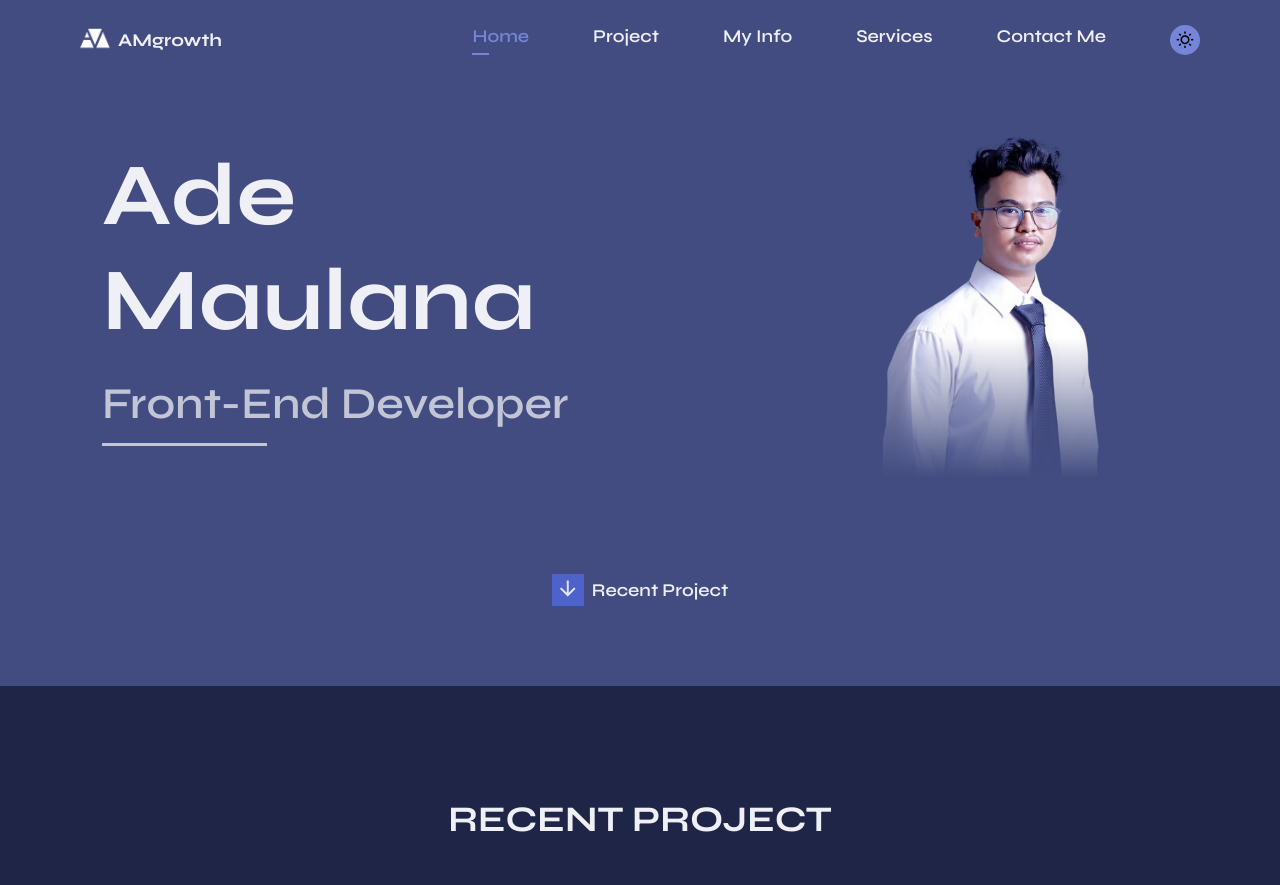
Repository: Ademaulana100499/portofolio
Page: index.html
The author's editor kept a copy of each file at every save. The page is drawn from the files as they stood at one save, then again after the next save.
The browser window is 1280 px wide. The pictures show the part of the page from y = 0 to 885 px (the page is 6336 px tall).
A picture or video elsewhere on the page could not be fetched, so the positions and the page height are approximate. Some web fonts or font styles are not loaded; a fallback is used.

Above is the page before, as saved 2024-12-02 14:42:41.
Console error: SyntaxError: Identifier 'navMenu' has already been declared

### index.html
<!DOCTYPE html>
<html lang="en">
  <head>
    <meta charset="UTF-8" />
    <meta name="viewport" content="width=device-width, initial-scale=1.0" />
    <title>AMgrowth</title>
    <link rel="shortcut icon" href="assets/img/Favicon.png" />
    <link
      href="https://cdn.jsdelivr.net/npm/remixicon/fonts/remixicon.css"
      rel="stylesheet"
    />
    <link rel="stylesheet" href="assets/css/style.css" />
    <script type="text/javascript" src="assets/js/main.js" defer></script>
  </head>
  <body class="">
    <!-- HEADER -->
    <header class="header" id="header">
      <nav class="nav container">
        <a href="#" class="nav__logo">
          <img
            src="assets/img/Logo White.png"
            alt="logo"
            class="nav__logo-img"
          />AMgrowth</a
        >
        <div class="nav__menu" id="nav-menu">
          <ul class="nav__list">
            <li>
              <a href="#home" class="nav__link active-link">Home</a>
            </li>
            <li>
              <a href="#project" class="nav__link">Project</a>
            </li>
            <li>
              <a href="#info" class="nav__link">My Info</a>
            </li>
            <li>
              <a href="#services" class="nav__link">Services</a>
            </li>
            <li>
              <a href="#contact" class="nav__link">Contact Me</a>
            </li>
            <li>
              <button id="theme-switch">
                <i class="ri-sun-line"></i>
                <i class="ri-moon-line"></i>
              </button>
            </li>
          </ul>

          <!-- Close Button -->
          <div class="nav__close" id="nav-close">
            <i class="ri-close-line"></i>
          </div>
        </div>

        <!-- Toggle Button -->
        <div class="nav__toggle" id="nav-toggle">
          <i class="ri-menu-line"></i>
        </div>
      </nav>
    </header>

    <!-- MAIN -->
    <main class="main" id="main">
      <!-- HOME -->
      <section class="home section" id="home">
        <div class="home__container container grid">
          <img src="assets/img/Photo.png" alt="image" class="home__img" />
          <div class="home__data">
            <h1 class="home__name">
              Ade <br />
              Maulana
            </h1>
            <h3 class="home__profession">Front-End Developer</h3>
          </div>
          <a href="#project" class="home__scroll">
            <div class="home__scroll-box">
              <i class="ri-arrow-down-line"></i>
            </div>
            <span class="home__scroll-text">Recent Project</span>
          </a>
        </div>
      </section>
      <!-- PROJECT -->
      <section class="project section" id="project">
        <h2 class="section__title">RECENT PROJECT</h2>
        <div class="project__container container grid">
          <article class="project__card">
            <a href="#" target="_blank" class="project__overlay"></a
            ><a href="#" target="_blank" class="project__link">
              <h2 class="project__title">To-Do List Website</h2>
              <p class="project__description">
                This To-Do List web application features a simple interface and
                dynamic functionality to help users manage their daily tasks
                with ease.
              </p>
              <img
                src="assets/img/to-do-list-web.png"
                alt="image"
                class="project__img"
              />
              <i class="ri-arrow-right-line"> </i>
            </a>
          </article>
          <article class="project__card">
            <a href="#" target="_blank" class="project__overlay"></a
            ><a href="#" target="_blank" class="project__link">
              <h2 class="project__title">Cafe Website</h2>
              <p class="project__description">
                This Cafe website provides an interactive platform for users to
                explore the menu, place orders, and learn more about the cafe’s
                offerings and services.
              </p>
              <img
                src="assets/img/cafe web.jpg"
                alt="image"
                class="project__img"
              />
              <i class="ri-arrow-right-line"> </i>
            </a>
          </article>
          <article class="project__card">
            <a href="#" target="_blank" class="project__overlay"></a
            ><a href="#" target="_blank" class="project__link">
              <h2 class="project__title">Movie Website</h2>
              <p class="project__description">
                This Movie website allows users to browse and discover a variety
                of movies, view details, and explore ratings and reviews.
              </p>
              <img
                src="assets/img/movies web.png"
                alt="image"
                class="project__img"
              />
              <i class="ri-arrow-right-line"> </i>
            </a>
          </article>
          <article class="project__card">
            <a href="#" target="_blank" class="project__overlay"></a
            ><a href="#" target="_blank" class="project__link">
              <h2 class="project__title">Blog Website</h2>
              <p class="project__description">
                This Blog website offers a platform for users to read, share,
                and comment on various articles, fostering a community of
                discussion and knowledge sharing.
              </p>
              <img
                src="assets/img/blog web.jpg"
                alt="image"
                class="project__img"
              />
              <i class="ri-arrow-right-line"> </i>
            </a>
          </article>
          <article class="project__card">
            <a href="#" target="_blank" class="project__overlay"></a
            ><a href="#" target="_blank" class="project__link">
              <h2 class="project__title">Fitness Website</h2>
              <p class="project__description">
                This Fitness website provides users with workout plans,
                nutrition tips, and progress tracking to help them achieve their
                fitness goals.
              </p>
              <img
                src="assets/img/fittnes web.avif"
                alt="image"
                class="project__img"
              />
              <i class="ri-arrow-right-line"> </i>
            </a>
          </article>
        </div>
      </section>
      <!-- INFO -->
      <section class="info section" id="info">
        <h2 class="section__title">MY INFO</h2>
        <div class="info__container container grid">
          <!-- ABOUT -->
          <div class="about grid">
            <div class="about__content">
              <h3 class="info__title">About Me</h3>
              <p class="about__description">
                I am a <strong>Front-End Web Developer</strong> skilled in
                designing and building <strong>responsive</strong>, interactive
                web interfaces using <strong>HTML</strong>,
                <strong>CSS</strong>, and <strong>JavaScript</strong>. With
                experience in <strong>React.js</strong>, I focus on creating
                visually appealing and functional websites that enhance
                <strong>user experience</strong> across devices. I stay updated
                with the latest technologies to deliver creative and efficient
                solutions.
              </p>

              <a
                href="assets/pdf/CV Ade Maulana.pdf"
                download="CV Ade Maulana.pdf"
                target="_blank"
                class="button about__button"
                >Download CV</a
              >
            </div>

            <img src="assets/img/Photo2.png" alt="image" class="about__img" />
          </div>
          <!-- EXPERIENCE -->
          <div class="experience">
            <h3 class="info__title">Experience</h3>
            <div class="experience__content grid">
              <div class="experience__data grid">
                <h2 class="experience__company">
                  PT. Victory Chingluh Indonesia
                </h2>
                <div>
                  <h3 class="experience__professsion">Shipping Officer</h3>
                  <span class="experience__date">12/2018 - 07/2024</span>
                  <p class="experience__description">
                    Experienced in managing delivery orders with high accuracy
                    using Excel, monitoring stock through SAP, and improving
                    operational efficiency and delivery coordination, with
                    skills in logistics management, inventory, and effective
                    communication.
                  </p>
                </div>
              </div>
              <div class="experience__data grid">
                <h2 class="experience__company">
                  PT Midi Utama Indonesia, Tbk
                </h2>
                <div>
                  <h3 class="experience__professsion">Sales Assistant</h3>
                  <span class="experience__date">06/2018 - 12/2018</span>
                  <p class="experience__description">
                    Experienced in delivering excellent customer service,
                    providing clear product information, and staying updated on
                    new products and promotions to boost customer satisfaction
                    and engagement. Skilled in promoting products and exceeding
                    sales targets through proactive interactions and
                    recommendations, with a focus on teamwork and adaptability.
                  </p>
                </div>
              </div>
              <div class="experience__data grid">
                <h2 class="experience__company">CV Radjawali</h2>
                <div>
                  <h3 class="experience__professsion">Printing Operator</h3>
                  <span class="experience__date">07/2017 - 05/2018</span>
                  <p class="experience__description">
                    Experienced in accurately preparing print files, ensuring
                    consistent print quality, and reducing the need for
                    reprints. Skilled in maintaining printing machines to
                    enhance operational efficiency, minimize downtime, and boost
                    productivity.
                  </p>
                </div>
              </div>
            </div>
          </div>
          <!-- SKILLS -->
          <div class="skills">
            <h3 class="info__title">Skills</h3>
            <div class="skills__content grid">
              <div class="skills__box">
                <img
                  src="assets/img/html.svg"
                  alt="image"
                  class="skills__img"
                />
                <span class="skills__name">HTML</span>
              </div>
              <div class="skills__box">
                <img src="assets/img/css.svg" alt="image" class="skills__img" />
                <span class="skills__name">CSS</span>
              </div>
              <div class="skills__box">
                <img
                  src="assets/img/javascript.svg"
                  alt="image"
                  class="skills__img"
                />
                <span class="skills__name">JavaScript</span>
              </div>
              <div class="skills__box">
                <img
                  src="assets/img/react.svg"
                  alt="image"
                  class="skills__img"
                />
                <span class="skills__name">React</span>
              </div>
              <div class="skills__box">
                <img src="assets/img/git.svg" alt="image" class="skills__img" />
                <span class="skills__name">Git</span>
              </div>
              <div class="skills__box">
                <img
                  src="assets/img/github.svg"
                  alt="image"
                  class="skills__img"
                />
                <span class="skills__name">GitHub</span>
              </div>
              <div class="skills__box">
                <img
                  src="assets/img/tailwind.png"
                  alt="image"
                  class="skills__img"
                />
                <span class="skills__name">Tailwind</span>
              </div>
              <div class="skills__box">
                <img
                  src="assets/img/bootstrap.png"
                  alt="image"
                  class="skills__img"
                />
                <span class="skills__name">Boostrap</span>
              </div>
              <div class="skills__box">
                <img
                  src="assets/img/figma.svg"
                  alt="image"
                  class="skills__img"
                />
                <span class="skills__name">Figma</span>
              </div>
            </div>
          </div>
        </div>
      </section>
      <!-- SERVICES -->
      <section class="services section" id="services">
        <h2 class="section__title">SERVICES</h2>
        <div class="services__container container grid">
          <article class="services__card">
            <i class="ri-code-box-line services__icon"></i>
            <h3 class="services__title">Web Development</h3>
            <p class="services__description">
              Building functional, secure, and user-friendly websites with
              features tailored to user needs.
            </p>
          </article>
          <article class="services__card">
            <i class="ri-pencil-ruler-2-line services__icon"></i>
            <h3 class="services__title">Web Design</h3>
            <p class="services__description">
              Designing visually appealing and professional website layouts that
              reflect the brand identity and provide an engaging visual
              experience.
            </p>
          </article>
          <article class="services__card">
            <i class="ri-layout-2-line services__icon"></i>
            <h3 class="services__title">Responsive Web Design</h3>
            <p class="services__description">
              Creating responsive websites compatible across various devices,
              ensuring an optimal user experience on desktops, tablets, and
              smartphones.
            </p>
          </article>
        </div>
      </section>
      <!-- CONTACT -->
      <section class="contact section" id="contact">
        <h2 class="section__title">CONTACT ME</h2>
        <div class="contact__container container grid">
          <form action="" class="contact__form grid" id="contact-form">
            <div class="contact__group grid">
              <input
                type="text"
                name="user_name"
                placeholder="Names"
                class="contact__input"
              />
              <input
                type="email"
                name="user_email"
                placeholder="Email"
                class="contact__input"
              />
            </div>
            <textarea
              name="user_message"
              placeholder="Message"
              required
              class="contact__input contact__area"
              id=""
            ></textarea>
            <button class="button contact__button">Send Message</button>
            <p class="contact__message" id="contact-message"></p>
          </form>

          <div class="contact__social grid">
            <a
              href="https://www.linkedin.com/in/ademaulana-/"
              target="_blank"
              class="contact__social-link"
            >
              <i class="ri-linkedin-box-line"></i>
              <span>Linkedin</span>
            </a>
            <a
              href="https://www.instagram.com/ade_maulana._/"
              target="_blank"
              class="contact__social-link"
            >
              <i class="ri-instagram-line"></i>
              <span>Instagram</span>
            </a>
          </div>
        </div>
      </section>
    </main>

    <!-- FOOTER -->
    <footer class="footer" id="footer">
      <div class="footer__container container grid">
        <ul class="footer__links">
          <li>
            <a href="#home" class="footer__link">Home</a>
          </li>
          <li>
            <a href="#project" class="footer__link">Project</a>
          </li>
          <li>
            <a href="#info" class="footer__link">Info</a>
          </li>
        </ul>
        <span class="footer__copy">
          &#169; All rights reserved by Ade Maulana
        </span>
      </div>
    </footer>
    <!-- SCROLL UP -->
    <a href="#" class="scrollup" id="scroll-up">
      <i class="ri-arrow-up-line"></i>
    </a>
    <!-- SCROLLREVEAL -->
    <script src="assets/js/scrollreveal.min.js"></script>
    <!-- EMAIL JS -->
    <script src="https://cdn.jsdelivr.net/npm/@emailjs/browser@4/dist/email.min.js"></script>

    <!-- MAIN JS -->
    <script src="assets/js/main.js"></script>
  </body>
</html>

Loaded but not shown: assets/js/scrollreveal.min.js (library); assets/js/main.js (128 lines, source omitted); assets/css/style.css (841 lines, source omitted)

After the next save:
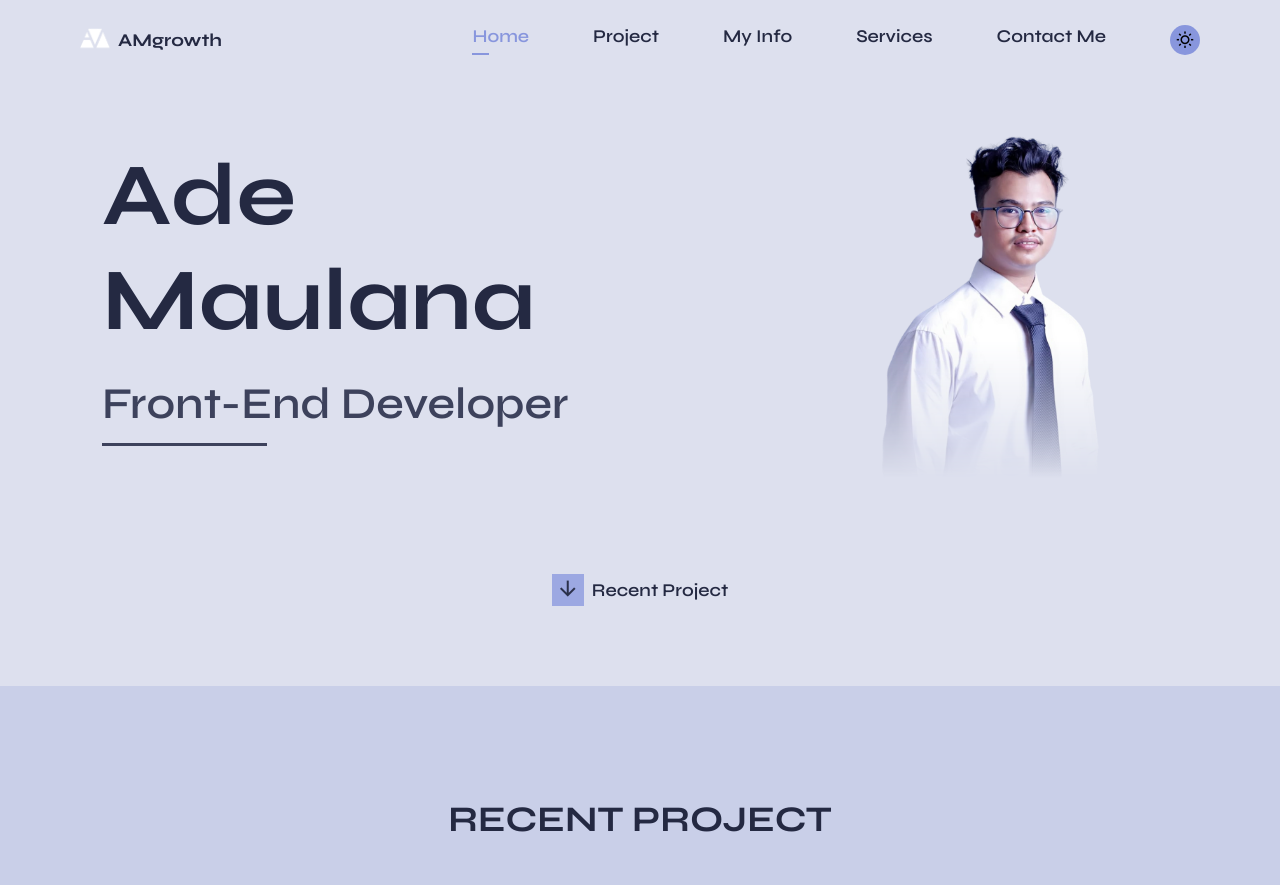
Saved 33 s later.
--- a/index.html
+++ b/index.html
@@ -12,7 +12,7 @@
     <link rel="stylesheet" href="assets/css/style.css" />
     <script type="text/javascript" src="assets/js/main.js" defer></script>
   </head>
-  <body class="">
+  <body class="lightmode">
     <!-- HEADER -->
     <header class="header" id="header">
       <nav class="nav container">

After the save that followed:
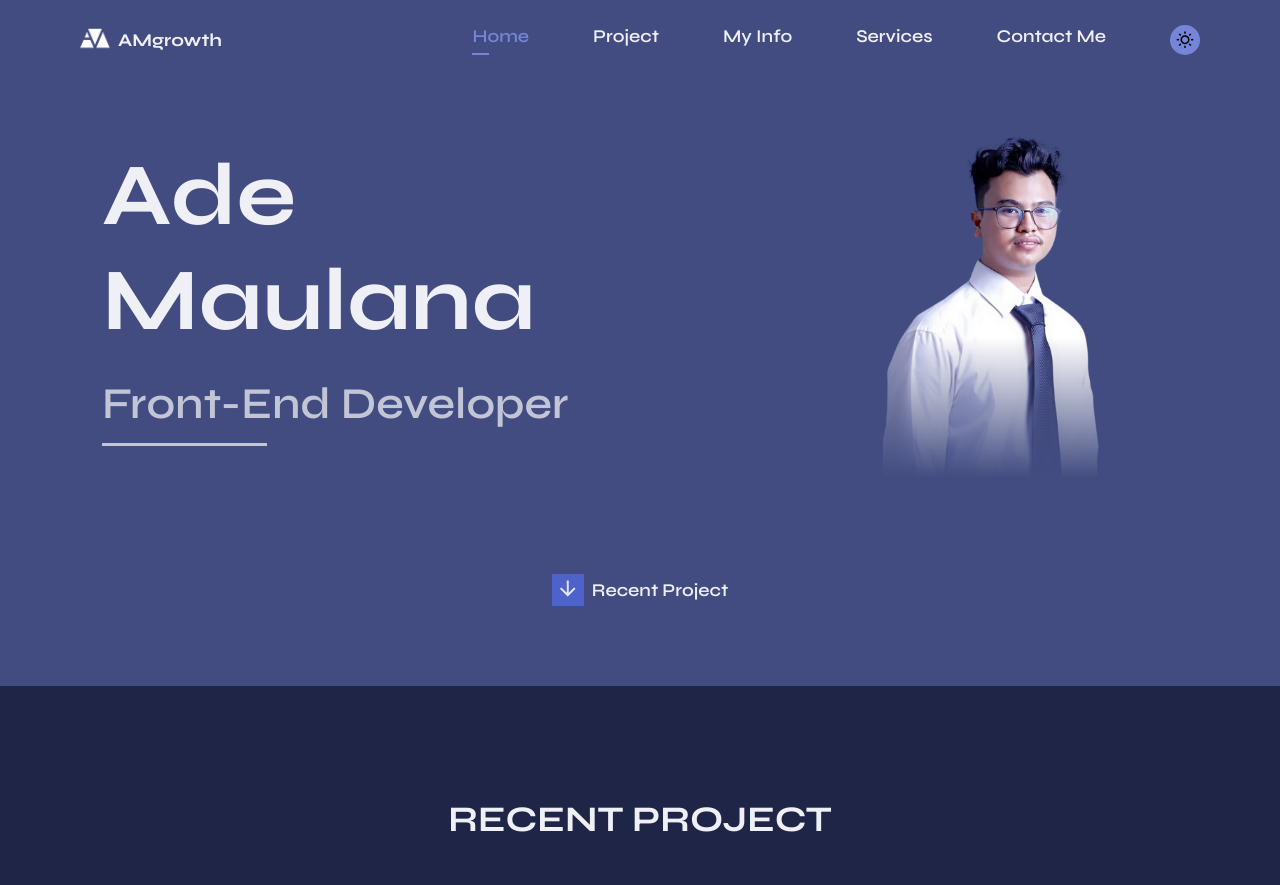
Saved 28 s later.
--- a/index.html
+++ b/index.html
@@ -12,7 +12,7 @@
     <link rel="stylesheet" href="assets/css/style.css" />
     <script type="text/javascript" src="assets/js/main.js" defer></script>
   </head>
-  <body class="lightmode">
+  <body>
     <!-- HEADER -->
     <header class="header" id="header">
       <nav class="nav container">
